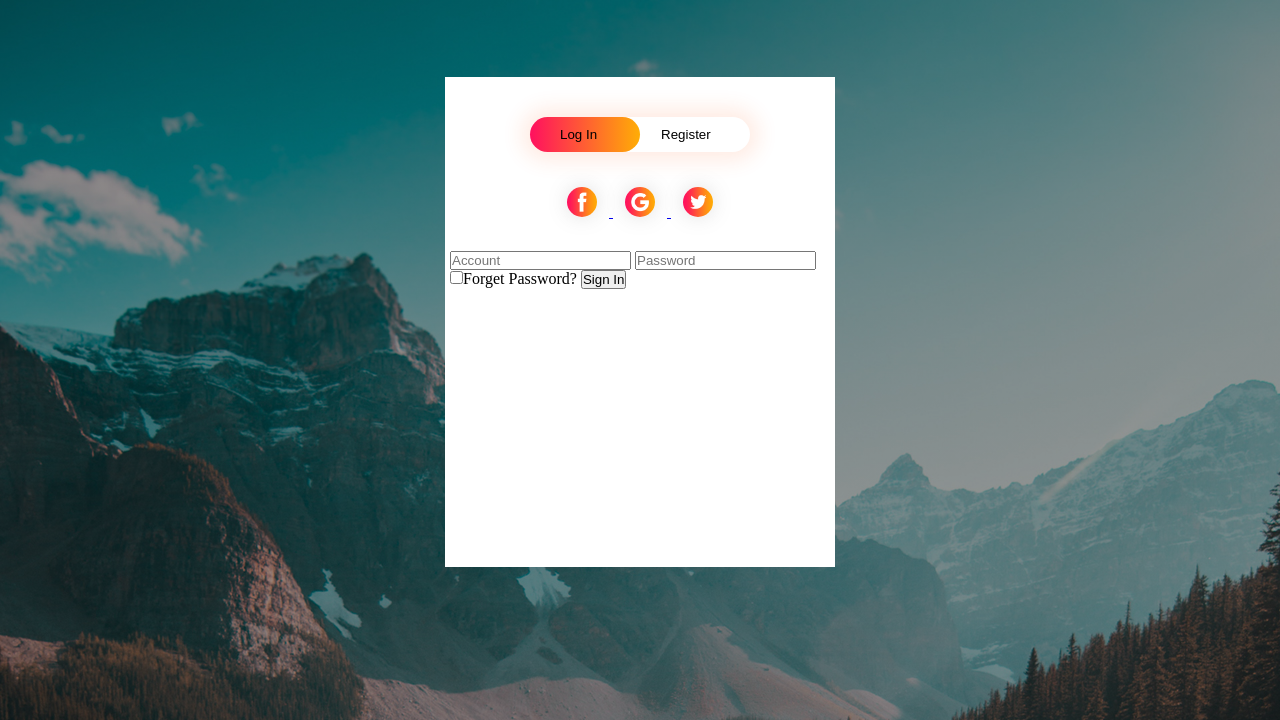
Repository: dung8466/Sign_in_page
Page: index.html
These files come from the project's save history. The page is drawn as it stood at one moment and after the next save; the edit follows.
The browser window is 1280 px wide. The pictures show the whole page.

Above is the page before, as saved 2021-10-06 22:34:31.

After the next save:
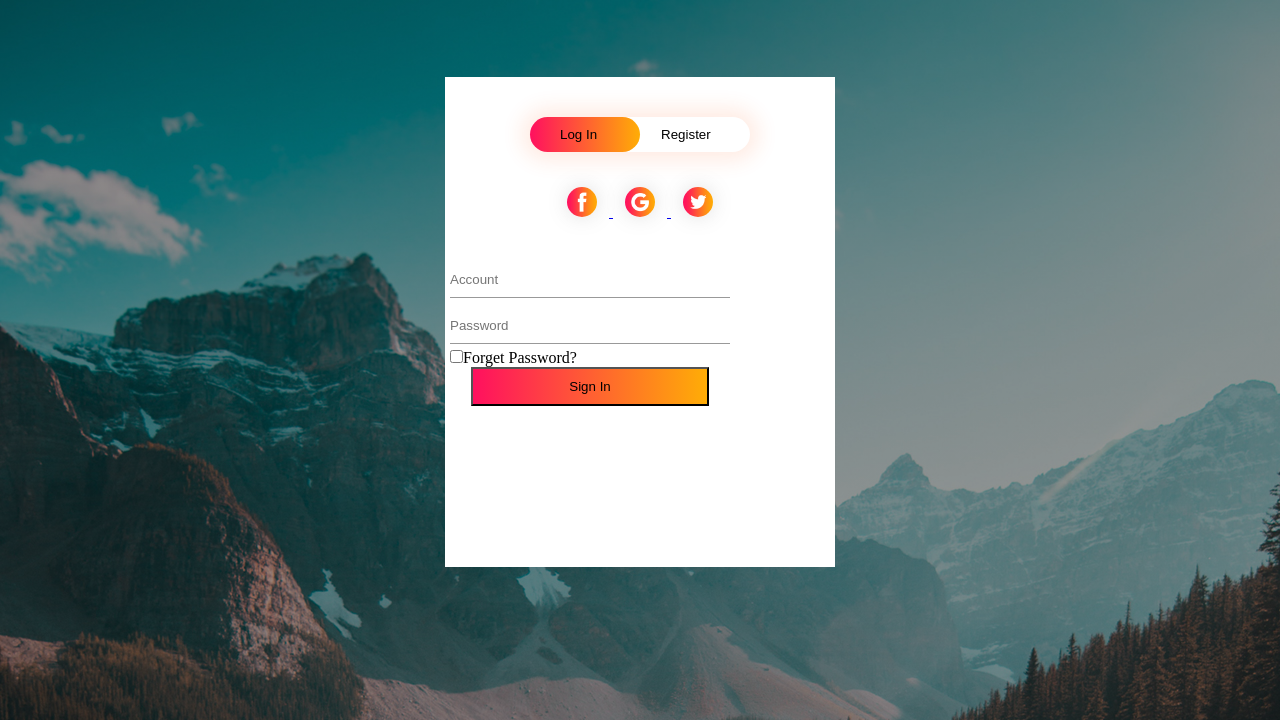
Saved 3 min 22 s later.
--- a/style.css
+++ b/style.css
@@ -60,3 +60,31 @@
     box-shadow: 0 0 20px 0 #7f7f7f3d;
     border-radius: 50%;
 }
+
+.int-grp{
+    top: 180px;
+    position: absolute;
+    width: 280px;
+    transition: .5s;
+}
+
+.input-filed{
+    width: 100%;
+    padding: 10px 0;
+    margin: 5px 0;
+    border-left: 0;
+    border-bottom: 1px solid #999;
+    border-top: 0;
+    border-right: 0;
+    outline: none;
+    background: transparent;
+}
+
+.sign-in{
+    width: 85%;
+    padding: 10px 30px;
+    cursor: pointer;
+    display: block;
+    margin: auto;
+    background: linear-gradient(to right,#ff105f,#ffad06);
+}
